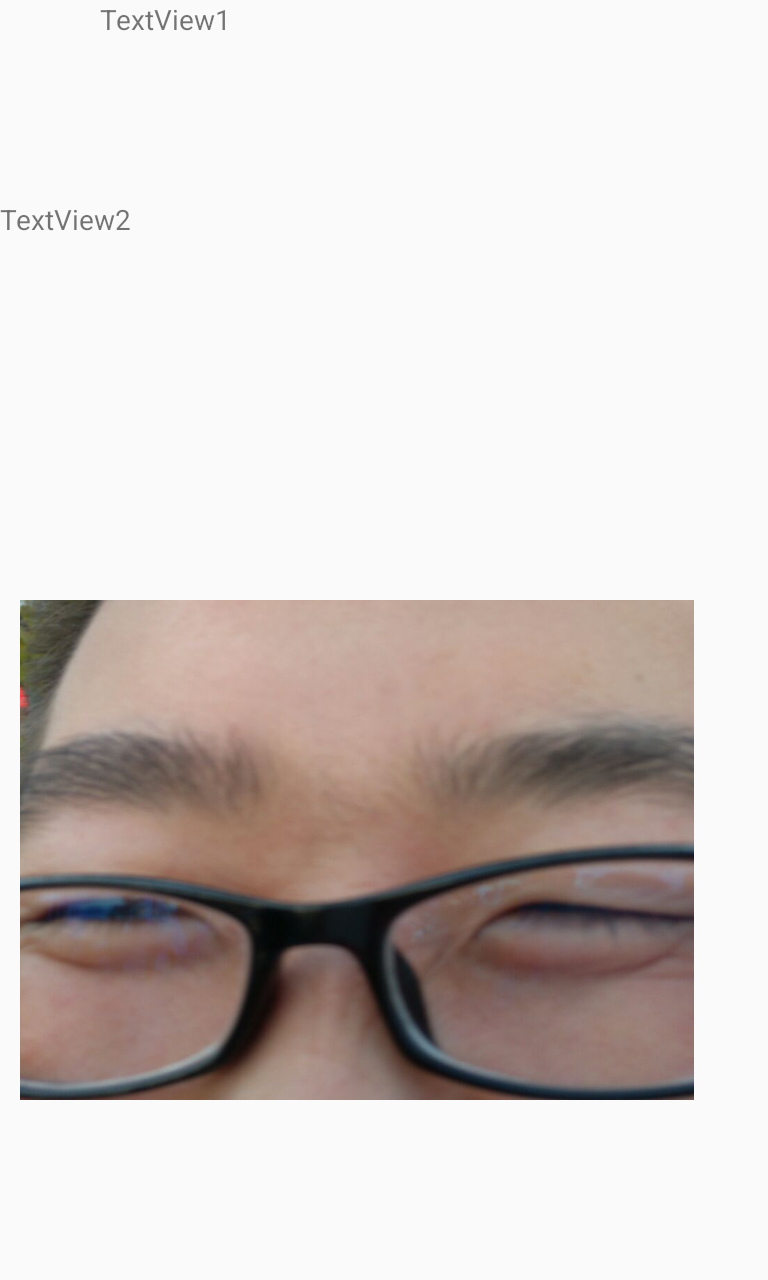
Repository: mjchow/qiuyi
Layout: demo1/res/layout/activity_main.xml
An editor plug-in stored every save of this project. The layout is shown before and after the next save, followed by the edit.
It is drawn on a 768 x 1280 px phone screen (xhdpi) without system bars, with theme AppTheme; the app's code is not run.

Above is the layout before, as saved 2014-12-25 16:02:37.

### demo1/res/layout/activity_main.xml
<FrameLayout xmlns:android="http://schemas.android.com/apk/res/android"
    xmlns:tools="http://schemas.android.com/tools"
    android:id="@+id/container"
    android:layout_width="match_parent"
    android:layout_height="match_parent"
    tools:context="com.example.demo1.MainActivity"
    tools:ignore="MergeRootFrame" >

    <ImageView
         android:id="@+id/imageview1"
         android:layout_marginTop="300dp"
         android:layout_marginLeft="10dp"
         android:layout_width="900dp"
         android:layout_height="250dp"
         android:scaleType="fitStart"
         android:src="@drawable/ydt1" />
      <TextView
        android:id="@+id/textView1"
        android:layout_width="wrap_content"
        android:layout_height="wrap_content"
        android:layout_marginLeft = "50dp"
        android:text="TextView1" />

    <TextView
        android:id="@+id/textView2"
        android:layout_marginTop="100dp"
        android:layout_width="wrap_content"
        android:layout_height="wrap_content"
        android:text="TextView2" />

</FrameLayout>

Loaded but not shown: demo1/res/values/styles.xml (common file); demo1/res/values-v11/styles.xml (common file); demo1/res/values-v14/styles.xml (common file)

After the next save:
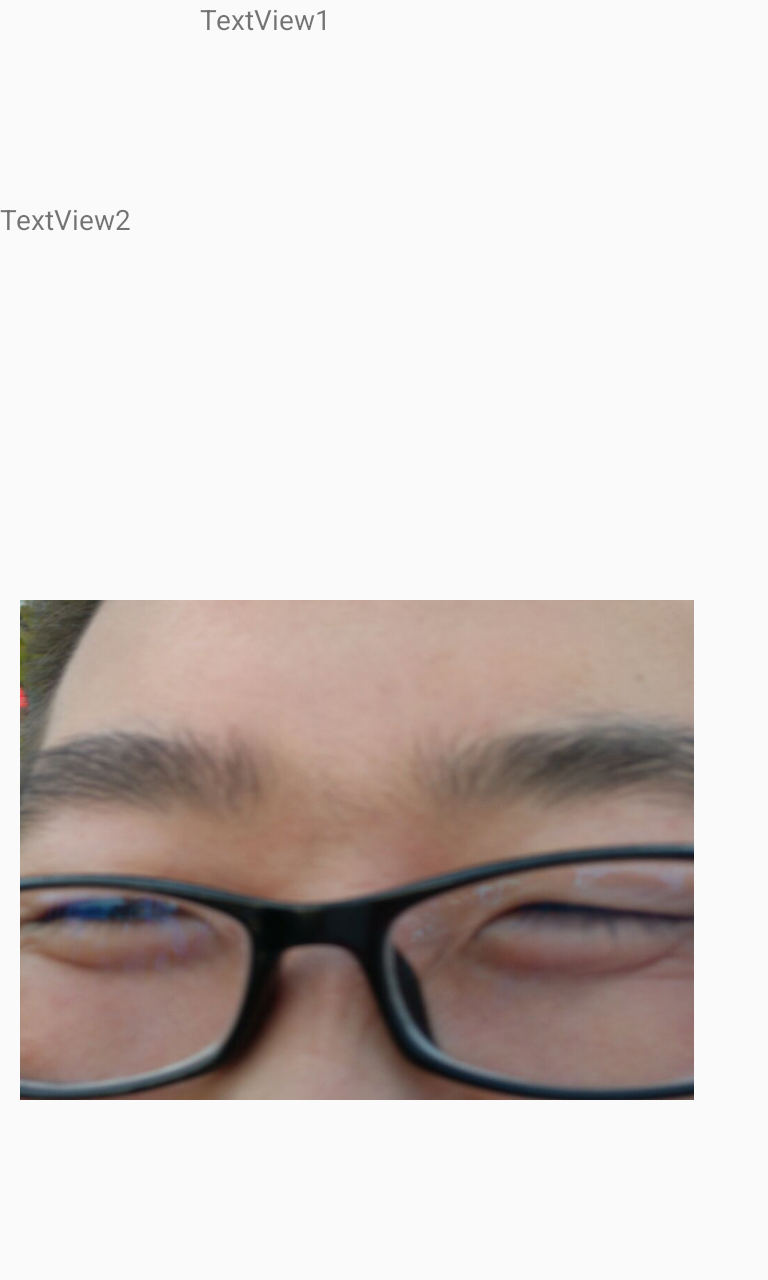
Saved 15 s later.
--- a/demo1/res/layout/activity_main.xml
+++ b/demo1/res/layout/activity_main.xml
@@ -18,7 +18,7 @@
         android:id="@+id/textView1"
         android:layout_width="wrap_content"
         android:layout_height="wrap_content"
-        android:layout_marginLeft = "50dp"
+        android:layout_marginLeft = "100dp"
         android:text="TextView1" />
 
     <TextView
